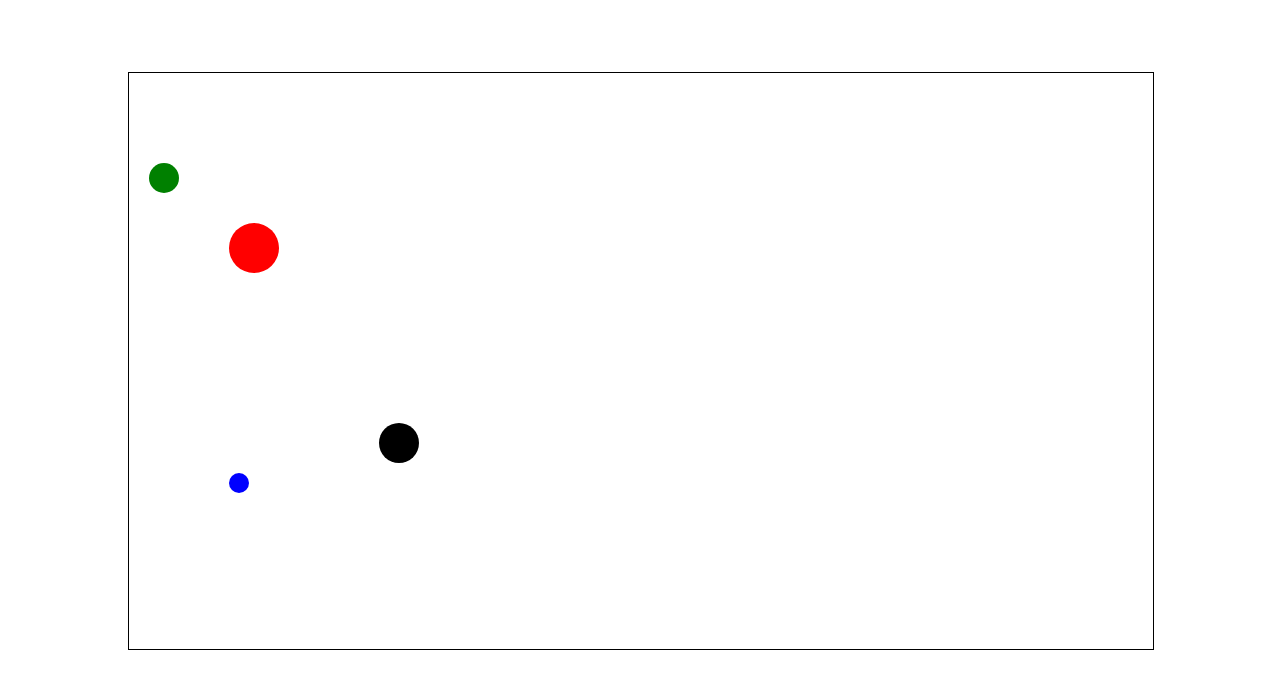
Repository: themoomooo/testgitajout
Page: index.html
These files come from the project's save history. The page is drawn as it stood at one moment and after the next save; the edit follows.
The browser window is 1280 px wide. The pictures show the whole page.

Above is the page before, as saved 2023-01-23 16:38:01.
Console error: ReferenceError: move is not defined

### index.html
<!DOCTYPE html>
<html lang="en">
<head>
    <meta charset="UTF-8">
    <meta http-equiv="X-UA-Compatible" content="IE=edge">
    <meta name="viewport" content="width=device-width, initial-scale=1.0">
    <title>Document</title>
</head>
<body>
    <main style="position:absolute; top:10%; left:10%; width:80%;height:80%;border:1px solid #000; overflow:hidden"></main>

<script src="main.js"></script>
</body>

</html>

### main.js


let terrain = document.querySelector('main');

class Ball {
    constructor(x,y,width, height, color, radius){
        this.x=x;
        this.y=y;
        this.width = width;
        this.height = height;
        this.color = color;
        this.radius = radius;
        this.monojectDom = null;

        this.setOjectDom();
    }

    setOjectDom(){
        this.monOjectDom = document.createElement('div');
        this.monOjectDom.style = `position:relative ; top:${this.y}px ; left:${this.x}px; width:${this.width}px ; height:${this.height}px ; background:${this.color}; border-radius:${this.radius}px`;
    }
    getOjectDom(){

        return this.monOjectDom;

    }
    move(){
        this.x += 15;
        this.monOjectDom.style.left = `${this.x}px`;
    }

}




class Prog {

   constructor(terrain){
       this.terrain = terrain;
       this.balles = [];

   }
   add(ball){
    this.balles.push(ball);

   }

   run() {
    this.balles.forEach((ball)=>{
        this.terrain.appendChild(ball.getOjectDom());
    });
       setInterval(move(),1000)
    }

    move(){
    for (let i = 0; i < this.balles.length; i++) {
        this.balles[i].move();
       }
    }
}




const monBallon = new Ball(100,150,50,50,'red',25);
const monBallon2 = new Ball(100,350,20,20,'blue',10);
const monBallon3 = new Ball(20,20,30,30,'green',15);
const monBallon4 = new Ball(250,250,40,40,'black',20);
const monprog = new Prog (terrain);
monprog.add(monBallon);
monprog.add(monBallon2);
monprog.add(monBallon3);
monprog.add(monBallon4);
monprog.run();


/*
document.body.append(monBallon.getOjectDom(), monBallon2.getOjectDom());
 */

After the next save:
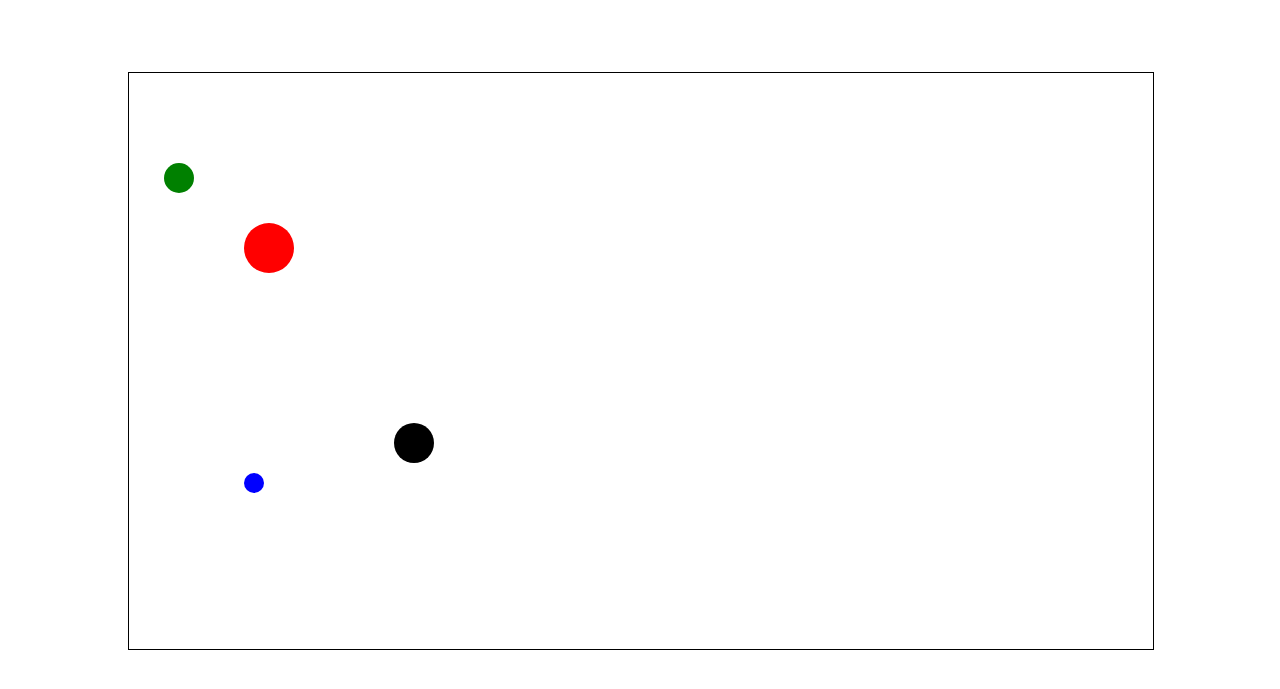
The error is gone.
Saved 16 s later.
--- a/main.js
+++ b/main.js
@@ -50,7 +50,7 @@ class Prog {
     this.balles.forEach((ball)=>{
         this.terrain.appendChild(ball.getOjectDom());
     });
-       setInterval(move(),1000)
+       setInterval(this.move(),1000)
     }
 
     move(){
